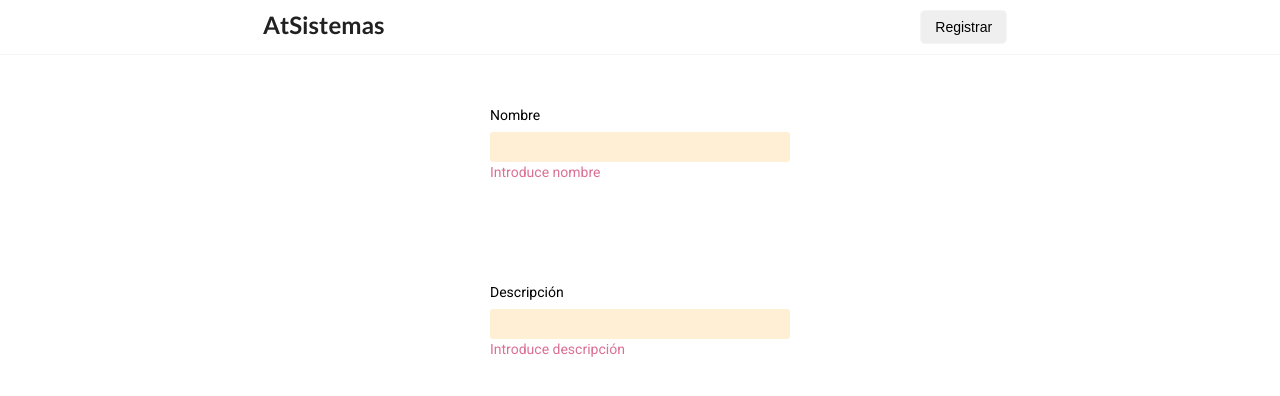
Repository: banchiec/atsistemas
Page: /site/register-site
An editor plug-in stored every save of this project. The page is shown before and after the next save, followed by the edit.
The browser window is 1280 px wide. The pictures show the whole page.
The project was rebuilt for these pictures with package versions that can differ from the ones it lists, and the page was loaded fresh each time. Also part of the build but not shown: src/components/SiteCard/SiteCard.js, src/redux/actions/sitesActions.js, src/screens/SiteScreen/SiteScreen.js, src/screens/SiteDetailsScreen/SiteDetailsScreen.js.

Above is the page before, as saved 2022-08-16 14:16:01.

### src/index.js
import React from "react";
import ReactDOM from "react-dom";
import App from "./App";
import store from "./redux/store";
import { Provider } from "react-redux";

ReactDOM.render(
  <React.StrictMode>
    <Provider store={store}>
      <App />
    </Provider>
  </React.StrictMode>,
  document.getElementById("root")
);

### src/App.js
import React from "react";
import { BrowserRouter as Router, Switch, Route } from "react-router-dom";
import SiteScreen from "./screens/SiteScreen/SiteScreen";
import SiteDetailsScreen from './screens/SiteDetailsScreen/SiteDetailsScreen'
import Header from "./components/Header/Header";
import "./App.css";
import RegisterSiteScreen from "./screens/RegisterSiteScreen/RegisterSiteScreen";

function App() {
  return (
    <div className="App">
      <Header/>
      <Router>
        <Switch>
          <Route path="/" exact component={SiteScreen} />
          <Route path="/site/register-site" exact component={RegisterSiteScreen} />
          <Route path="/site/:siteId" exact component={SiteDetailsScreen} />
          <Route>404 Not Found!</Route>
        </Switch>
      </Router>
    </div>
  );
}

export default App;

### src/components/Header/Header.js
import {ContainerHeader} from './headerStyled'

const Header = () => {
  function handleClick(){
    console.log("Object");
  }
	return(
    <ContainerHeader>
      <div>
        <h2>AtSistemas</h2>
      </div>
      <div>
        <button onClick={handleClick}>Registrar</button>
      </div>
    </ContainerHeader>
	)
}
export default Header

### src/App.css
* {
  font-family: "Roboto", sans-serif;
  padding: 0;
  margin: 0;
}

.ui.cards > .card > .image {
  height: 250px;
  padding: 20px;
  background: #fff;
  margin: auto;
}
.ui.cards > .card > .image > img {
  height: 100%;
  max-width: 100%;
  width: auto;
}
.ui.cards > .card > .content > .header {
  height: 48px;
  overflow: hidden;
  margin-bottom: 5px;
}
.ui.cards > .card > .content > .list{
  height: 36px;
  margin-bottom: 0px;
  overflow: hidden;
}
.ui.cards > .card .meta.name{
  margin-bottom: 5px;
  font-size: 18px;
  color: #333;
  font-weight: 600;
}

.ui.cards > .card .meta.name> a {
  font-size: 1.3rem;
  color: #222;
}

.ui.menu.fixed {
  height: 60px;
  padding-top: 15px;
}

.ui.grid.container {
  margin-top: 200px;
}

.ui.grid > .row {
  background: #fff;
}
.ui.grid > .row > .column.lp {
  padding: 20px 40px 20px 20px;
  align-self: flex-start !important;
}
.ui.grid > .row > .column.rp {
  padding: 20px 20px 20px 40px;
  text-align: left;
  align-self: flex-start !important;
}

.ui.grid > .row > .column > img,
.ui.grid > .row > img {
  height: 100%;
}
.ui.placeholder .header:not(:first-child):before,
.ui.placeholder .image:not(:first-child):before,
.ui.placeholder .paragraph:not(:first-child):before {
  display: none;
}

.ui.label,
.ui.labels .label {
  font-size: 22px;
}

.column.rp h1 {
  color: #333;
}
.column.rp p {
  font-size: 18px;
  color: #777;
}
.ui.placeholder.segment .column .button,
.ui.placeholder.segment .column .field,
.ui.placeholder.segment .column textarea,
.ui.placeholder.segment .column > .ui.input {
  background-color: #ff3e6c;
  border: 1px solid #ff3e6c;
  color: #fff;
  font-size: 18px;
  margin-left: 0;
}

### src/screens/RegisterSiteScreen/RegisterSiteScreen.js
import { ContainerRegisterSiteScreen, FormControl, Input, Label, Message } from "./registerSiteScreenStyled"

const RegisterSiteScreen = () => {

	const handleSubmit = () => {
		console.log("object");
	}
	return(
		<ContainerRegisterSiteScreen>
			<FormControl>
				<Label htmlFor="label">Nombre</Label>
				<Input id='label'/>
				<Message>Introduce nombre</Message>
			</FormControl>
			<FormControl>
				<Label htmlFor="label">Descripción</Label>
				<Input id='label'/>
				<Message>Introduce descripción</Message>
			</FormControl>
		</ContainerRegisterSiteScreen>
	)
}
export default RegisterSiteScreen

### src/redux/reducers/index.js
import { combineReducers } from "redux";
import { sitesReducer, selectedSiteReducer } from "./sitesReducer";
const reducers = combineReducers({
  allSites: sitesReducer,
  site: selectedSiteReducer,
});
export default reducers;

### src/components/Header/headerStyled.js
import styled from 'styled-components'

const ContainerHeader = styled.div`
	display: flex;
	flex-direction: row;
	border-bottom: 1px solid whitesmoke;
	justify-content: space-around;
	div {
		padding: 10px;
		button{
			border-radius: 5px;
			padding: 8px 14px 8px 14px;
			border: 1px solid whitesmoke;
			margin: 0px 10px 0px 10px;
			:hover {
				background: black ;
				color: white;
				transition: 1s ease-out;
			}
		}
	}
`
export {
	ContainerHeader
}

### src/screens/RegisterSiteScreen/registerSiteScreenStyled.js
import styled from "styled-components";

export const ContainerRegisterSiteScreen = styled.div`
	display: flex;
	flex-direction: column;
	justify-content: center;
	align-items: center;
`
export const FormControl = styled.div`
	color: palevioletred;
	display: block;
	width: 300px;
	margin: 50px auto;
`
export const Label = styled.label`
	display: block;
	margin-bottom: 0.5em;
	color: black;
`
export const Input = styled.input`
	padding:  0.5em;
	color: black;
	background:  papayawhip;
	border: none;
	border-radius: 3px;
	width: 100%;
`
export const Message = styled.label`
	color: palevioletred;
	display: block;
`

### src/redux/reducers/sitesReducer.js
import { ActionTypes } from "../constants/action-types";
const intialState = {
  sites: [],
};

export const sitesReducer = (state = intialState, { type, payload }) => {
  switch (type) {
    case ActionTypes.SET_SITES:
      return {
        ...state,
        sites: payload
      };
    default:
      return state;
  }
};

export const selectedSiteReducer = (state = {}, { type, payload }) => {
  switch (type) {
    case ActionTypes.SELECTED_SITE:
      return {
        ...state,
        ...payload
      };
    case ActionTypes.REMOVE_SELECTED_SITE:
      return {};
    default:
      return state;
  }
};

### src/redux/constants/action-types.js
export const ActionTypes = {
  FETCH_SITES: 'FETCH_SITES',
  SET_SITES: "SET_SITES",
  SELECTED_SITE: "SELECTED_SITE",
  REMOVE_SELECTED_SITE: "REMOVE_SELECTED_SITE",
};

Loaded but not shown: public/index.html (common file); src/redux/store.js (common file)

After the next save:
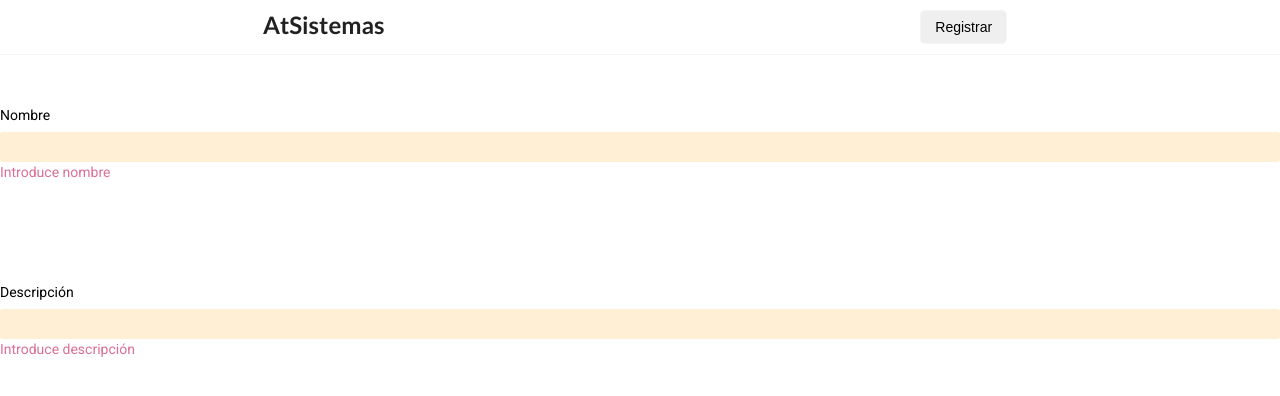
Saved 14 s later.
--- a/src/screens/RegisterSiteScreen/registerSiteScreenStyled.js
+++ b/src/screens/RegisterSiteScreen/registerSiteScreenStyled.js
@@ -9,7 +9,7 @@ export const ContainerRegisterSiteScreen = styled.div`
 export const FormControl = styled.div`
 	color: palevioletred;
 	display: block;
-	width: 300px;
+	width: 100%;
 	margin: 50px auto;
 `
 export const Label = styled.label`
